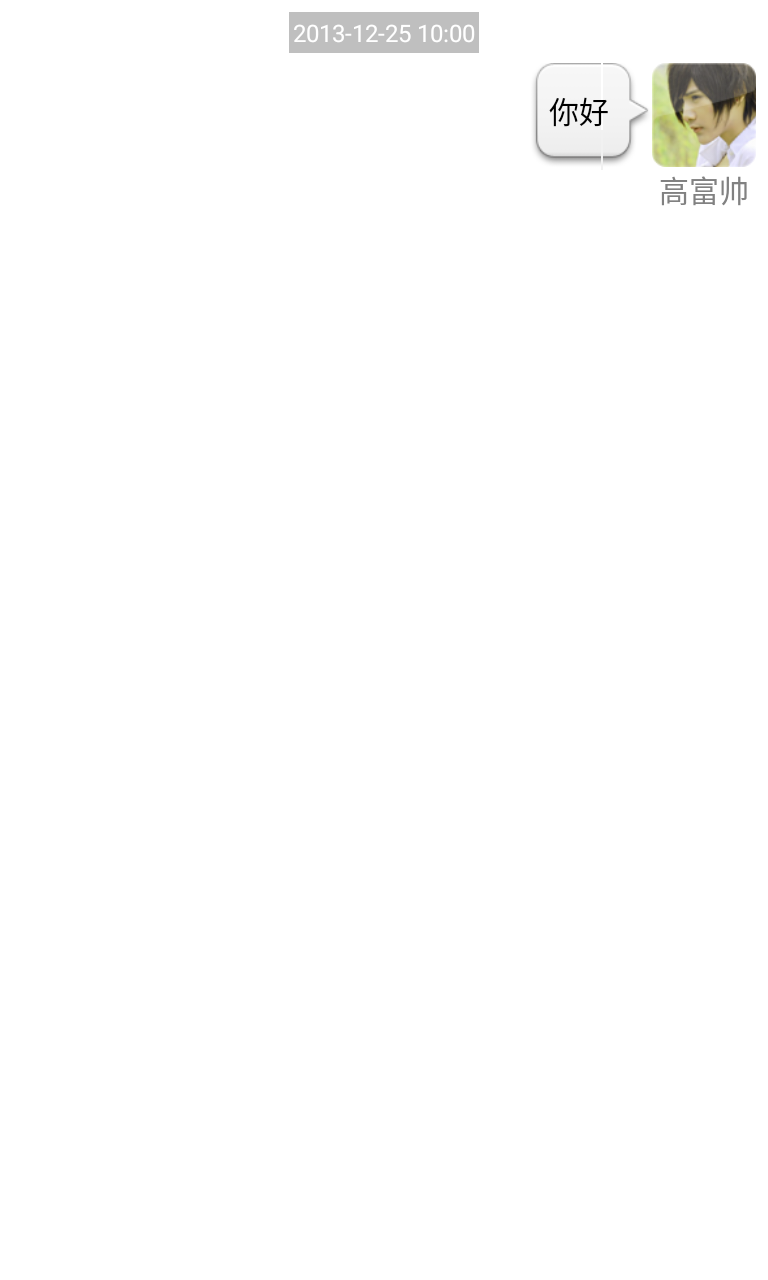
Repository: CiLiNet-Android/courseware
Layout: Android用户界面/TextView/SourceCodes/TextViewDemo/res/layout/activity_weixinchart.xml
The author's editor kept a copy of each file at every save. The layout is drawn from the files as they stood at one save, then again after the next save.
It is drawn on a 768 x 1280 px phone screen (xhdpi) without system bars, with theme AppTheme; the app's code is not run.

Above is the layout before, as saved 2013-12-24 08:08:03.

### Android用户界面/TextView/SourceCodes/TextViewDemo/res/layout/activity_weixinchart.xml
<?xml version="1.0" encoding="utf-8"?>
<LinearLayout xmlns:android="http://schemas.android.com/apk/res/android"
    android:layout_width="match_parent"
    android:layout_height="match_parent"
    android:orientation="vertical" >

    <!-- 发送的信息 -->
    <include layout="@layout/include_weixinchart_right_item"/>

    <!-- 接收的信息 -->
    <include layout="@layout/include_weixinchart_left_item"/>

</LinearLayout>

### Android用户界面/TextView/SourceCodes/TextViewDemo/res/values/styles.xml
<resources>
    <style name="AppBaseTheme" parent="android:Theme.Light" />

    <!-- Application theme. -->
    <style name="AppTheme" parent="AppBaseTheme" />

    <!-- 日期样式 -->
    <style name="chat_text_date_style">
	    <item name="android:padding">2dp</item>
		<item name="android:textColor">#ffffff</item>
		<item name="android:textSize">12sp</item>
		<item name="android:background">#bfbfbf</item>
	</style>

    <!-- 聊天信息 -->
    <style name="chat_content_date_style">
	    <item name="android:minHeight">50dp</item>
	    <item name="android:gravity">left|center</item>
		<item name="android:textColor">#000000</item>
		<item name="android:textSize">15sp</item>
		<item name="android:lineSpacingExtra">2dp</item>
		<item name="android:clickable">true</item>
		<item name="android:focusable">true</item>
		<item name="android:background">#bfbfbf</item>
	</style>

    <!-- 发信人 -->
    <style name="chat_text_name_style">
		<item name="android:textColor">#818181</item>
		<item name="android:textSize">15sp</item>
		<item name="android:gravity">center</item>
	</style>

</resources>

### Android用户界面/TextView/SourceCodes/TextViewDemo/res/layout/include_weixinchart_right_item.xml
<?xml version="1.0" encoding="utf-8"?>
<!-- 发送的一条聊天信息 -->
<LinearLayout xmlns:android="http://schemas.android.com/apk/res/android"
    android:layout_width="match_parent"
    android:layout_height="match_parent"
    android:orientation="vertical"
    android:padding="6dp">

    <!-- 信息顶部的发送时间 -->
    <LinearLayout
        android:layout_width="match_parent"
        android:layout_height="wrap_content"
        android:gravity="center_horizontal"
        android:orientation="vertical" >

        <TextView
            style="@style/chat_text_date_style"
            android:layout_width="wrap_content"
            android:layout_height="wrap_content"
            android:text="2013-12-25 10:00"
            android:id="@+id/txtV_sentTime"/>

    </LinearLayout>

    <!-- 头像  + 聊天记录 -->
    <RelativeLayout
        android:layout_width="fill_parent"
        android:layout_height="wrap_content"
        android:layout_marginLeft="5dp"
        android:layout_marginTop="5dp" >

        <!-- 头像 -->
        <ImageView
            android:layout_width="52dp"
            android:layout_height="52dp"
            android:layout_alignParentRight="true"
            android:layout_alignParentTop="true"
            android:background="@drawable/shuaige"
            android:clickable="true"
            android:id="@+id/imgV_sentUserHead"/>

        <!-- 聊天信息 -->
        <TextView
            android:layout_width="wrap_content"
            android:layout_height="wrap_content"
            android:layout_marginLeft="10dp"
            android:layout_toLeftOf="@id/imgV_sentUserHead"
            android:background="@drawable/chatto_bg"
            style="@style/chat_content_date_style"
            android:text="你好"
            android:id="@+id/txtV_sentChatContent"/>

        <TextView
            style="@style/chat_text_name_style"
            android:layout_width="wrap_content"
            android:layout_height="wrap_content"
            android:layout_alignLeft="@+id/imgV_sentUserHead"
            android:layout_alignParentRight="true"
            android:layout_below="@id/imgV_sentUserHead"
            android:text="高富帅"
            android:id="@+id/tv_sentUserName"/>

    </RelativeLayout>


</LinearLayout>

### Android用户界面/TextView/SourceCodes/TextViewDemo/res/layout/include_weixinchart_left_item.xml
<?xml version="1.0" encoding="utf-8"?>
<!-- 接收到的一条聊天信息 -->
<LinearLayout xmlns:android="http://schemas.android.com/apk/res/android"
    android:layout_width="match_parent"
    android:layout_height="match_parent"
    android:orientation="vertical"
    android:padding="6dp">

    <!-- 信息顶部的接收时间 -->
    <LinearLayout
        android:layout_width="match_parent"
        android:layout_height="wrap_content"
        android:gravity="center_horizontal"
        android:orientation="vertical" >

        <TextView
            style="@style/chat_text_date_style"
            android:layout_width="wrap_content"
            android:layout_height="wrap_content"
            android:text="2013-12-25 12:10"
            android:id="@+id/txtV_recivedTime"/>

    </LinearLayout>

    <!-- 头像  + 聊天记录 -->
    <RelativeLayout
        android:layout_width="fill_parent"
        android:layout_height="wrap_content"
        android:layout_marginLeft="5dp"
        android:layout_marginTop="5dp" >

        <!-- 头像:左上角对齐 -->
        <ImageView
            android:layout_width="52dp"
            android:layout_height="52dp"
            android:layout_alignParentTop="true"
            android:layout_alignParentLeft="true"
            android:background="@drawable/abaose"
            android:clickable="true"
            android:id="@+id/imgV_recivedUserHead"/>

        <!-- 聊天信息 -->
        <TextView
            android:layout_width="wrap_content"
            android:layout_height="wrap_content"
            android:layout_marginLeft="10dp"
            android:layout_toRightOf="@id/imgV_recivedUserHead"
            android:background="@drawable/chatfrom_bg"
            style="@style/chat_content_date_style"
            android:text="你好"
            android:id="@+id/txtV_recivedChartContent"/>

        <TextView
            android:layout_width="wrap_content"
            android:layout_height="wrap_content"
            android:layout_alignParentLeft="true"
            android:layout_below="@id/imgV_recivedUserHead"
            android:layout_toLeftOf="@id/txtV_recivedChartContent"
            style="@style/chat_text_name_style"
            android:text="白富美"
            android:id="@+id/tv_username"/>

    </RelativeLayout>


</LinearLayout>

### Android用户界面/TextView/SourceCodes/TextViewDemo/res/drawable/chatto_bg.xml
<?xml version="1.0" encoding="utf-8"?>
<selector xmlns:android="http://schemas.android.com/apk/res/android" >
    <item android:state_focused="true" android:drawable="@drawable/chatto_bg_focused" />
    <item android:state_pressed="true" android:drawable="@drawable/chatto_bg_pressed" />
    <item android:state_selected="true" android:drawable="@drawable/chatto_bg_focused" />

    <item android:drawable="@drawable/chatto_bg_normal" />

</selector>

Loaded but not shown: Android用户界面/TextView/SourceCodes/TextViewDemo/res/drawable/chatfrom_bg.xml (common file)

After the next save:
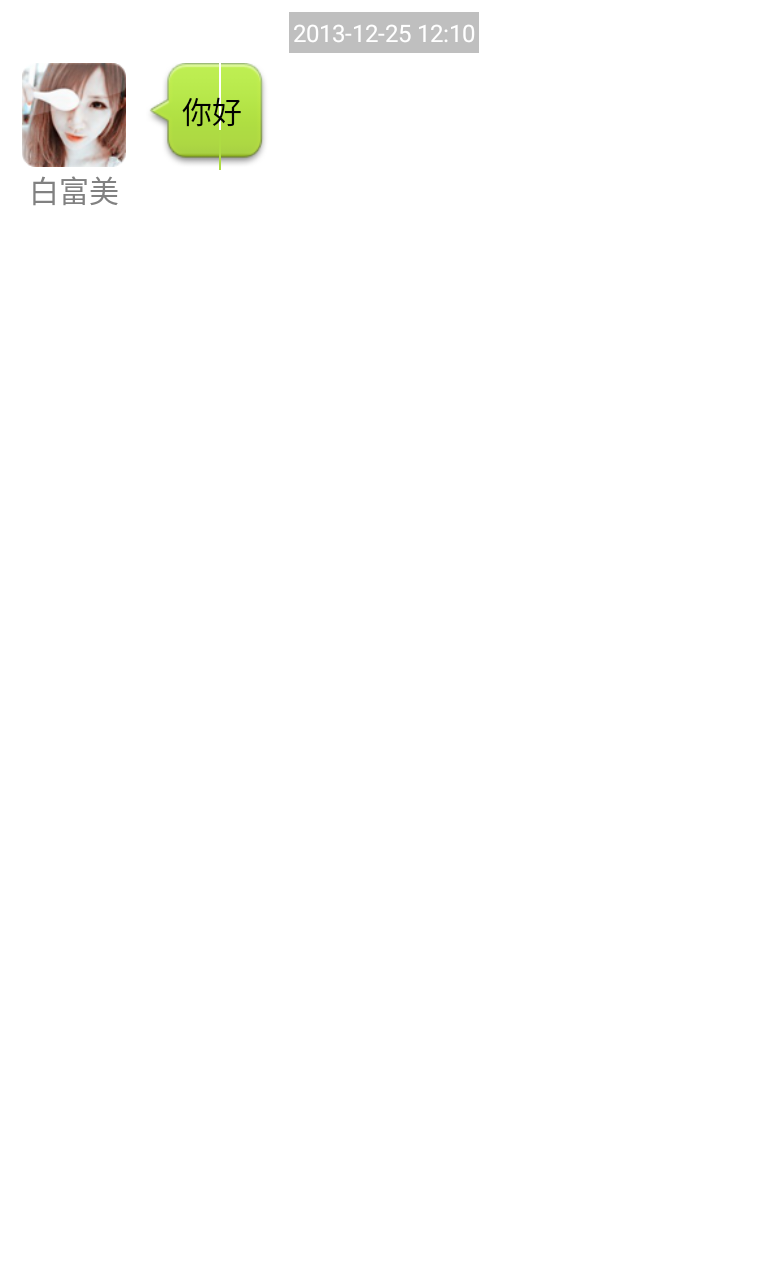
Saved 87 s later.
--- a/Android用户界面/TextView/SourceCodes/TextViewDemo/res/layout/activity_weixinchart.xml
+++ b/Android用户界面/TextView/SourceCodes/TextViewDemo/res/layout/activity_weixinchart.xml
@@ -4,8 +4,7 @@
     android:layout_height="match_parent"
     android:orientation="vertical" >
 
-    <!-- 发送的信息 -->
-    <include layout="@layout/include_weixinchart_right_item"/>
+
 
     <!-- 接收的信息 -->
     <include layout="@layout/include_weixinchart_left_item"/>

After the save that followed:
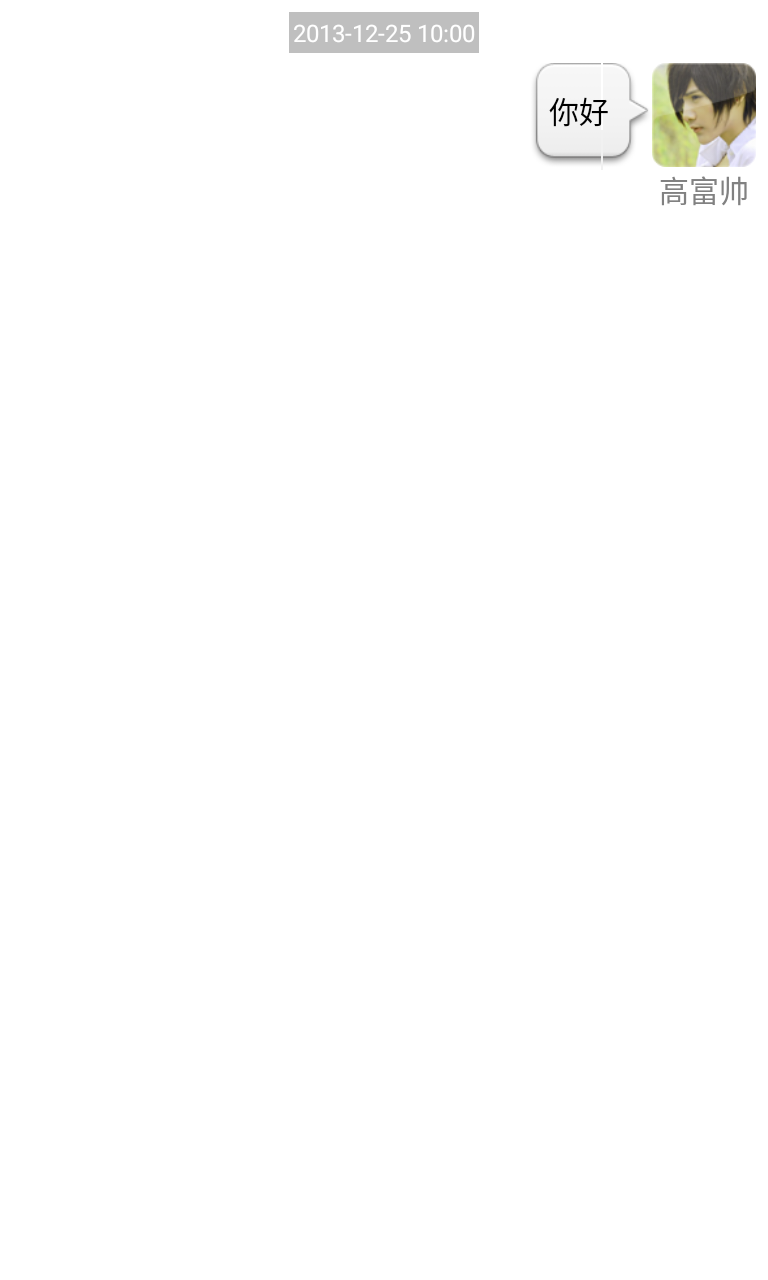
Saved 5 s later.
--- a/Android用户界面/TextView/SourceCodes/TextViewDemo/res/layout/activity_weixinchart.xml
+++ b/Android用户界面/TextView/SourceCodes/TextViewDemo/res/layout/activity_weixinchart.xml
@@ -4,7 +4,8 @@
     android:layout_height="match_parent"
     android:orientation="vertical" >
 
-
+    <!-- 发送的信息 -->
+    <include layout="@layout/include_weixinchart_right_item"/>
 
     <!-- 接收的信息 -->
     <include layout="@layout/include_weixinchart_left_item"/>
